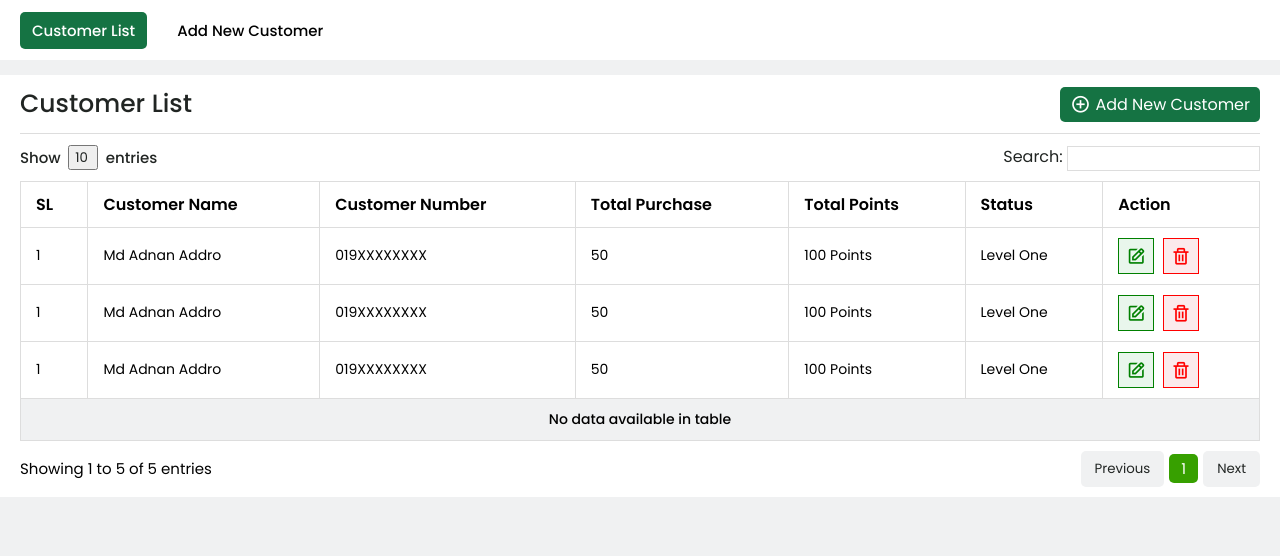
Repository: codebyaddro/customer-page
Page: customer.html
An editor plug-in stored every save of this project. The page is shown before and after the next save, followed by the edit.
The browser window is 1280 px wide. The pictures show the whole page.

Above is the page before, as saved 2025-02-20 14:36:54.

### customer.html
<!DOCTYPE html>
<html lang="en">
<head>
    <meta charset="UTF-8">
    <meta name="viewport" content="width=device-width, initial-scale=1.0">
    <!-- CSS -->
    <link rel="stylesheet" href="css/customer.css">
    <!-- Icons -->
    <link href='https://unpkg.com/boxicons@2.1.4/css/boxicons.min.css' rel='stylesheet'>
    <title>Customer - Page</title>
</head>
<body style="background-color: var(--gray-white);">
    <div class="cba-customer-container">
        <div class="cba-cusc-top-menus">
            <ul>
                <li><a href="/index.html" class="cba-cusc-active-menu">Customer List</a></li>
                <li><a href="/inner-pages/html/anc.html" class="cba-cusc-light-up">Add New Customer</a></li>
            </ul>
        </div>
        <div class="cba-cusc-list-container">
            <div class="cba-cusc-heading-add-new-btn">
                <div class="cba-cusc-heading">
                    <h2>Customer List</h2>
                </div>
                <div class="cba-cusc-add-new-btn">
                    <i class='cba-cusc-add-icon bx bx-plus-circle'></i>
                    <a href="/inner-pages/html/anc.html">Add New Customer</a>
                </div>
            </div>
            <div class="cba-cusc-list-short-dpdwn-search-box">
                <div class="cba-cusc-list-short-dpdwn">
                    <h3>Show</h3>
                    <select name="10" id="">
                        <option value="">10</option>
                        <option value="">20</option>
                        <option value="">30</option>
                        <option value="">All</option>
                    </select>
                    <h3>entries</h3>
                </div>
                <div class="cba-cusc-search-box">
                    <legend>Search: <input type="text"></legend>
                </div>
            </div>
            <div class="cba-cusc-table-list">
                <table>
                    <thead>
                        <tr>
                            <th title="SL">SL</th>
                            <th title="Code">Customer Name</th>
                            <th title="Category Name">Customer Number</th>
                            <th title="Status">Total Purchase</th>
                            <th title="Status">Total Points</th>
                            <th title="Status">Status</th>
                            <th title="Action">Action</th>
                        </tr>
                    </thead>
                    <tbody>
                        <tr>
                            <td>1</td>
                            <td>Md Adnan Addro</td>
                            <td>019XXXXXXXX</td>
                            <td>50</td>
                            <td><span>100</span> Points</td>
                            <td><span class="cba-cusc-ls1">Level One</span></td>
                            <td>
                                <a title="Edit" href="#"><i class='cba-cusc-edit-icon bx bx-edit'></i></a>
                                <a title="Delete" href="#"><i class='cba-cusc-delete-icon bx bx-trash'></i></a>
                            </td>
                        </tr>
                        <tr>
                            <td>1</td>
                            <td>Md Adnan Addro</td>
                            <td>019XXXXXXXX</td>
                            <td>50</td>
                            <td><span>100</span> Points</td>
                            <td><span class="cba-cusc-ls1">Level One</span></td>
                            <td>
                                <a title="Edit" href="#"><i class='cba-cusc-edit-icon bx bx-edit'></i></a>
                                <a title="Delete" href="#"><i class='cba-cusc-delete-icon bx bx-trash'></i></a>
                            </td>
                        </tr>
                        <tr>
                            <td>1</td>
                            <td>Md Adnan Addro</td>
                            <td>019XXXXXXXX</td>
                            <td>50</td>
                            <td><span>100</span> Points</td>
                            <td><span class="cba-cusc-ls1">Level One</span></td>
                            <td>
                                <a title="Edit" href="#"><i class='cba-cusc-edit-icon bx bx-edit'></i></a>
                                <a title="Delete" href="#"><i class='cba-cusc-delete-icon bx bx-trash'></i></a>
                            </td>
                        </tr>
                        <tr class="cba-cusc-no-data-available">
                            <th colspan="7">No data available in table</th>
                        </tr>
                    </tbody>
                </table>
            </div>
            <div class="cba-cusc-entries-details-list-page-btn">
                <div class="cba-cusc-entries-details">
                    Showing <span>1</span> to <span>5</span> of <span>5</span> entries
                </div>
                <div class="cba-cusc-list-page-btn">
                    <button>Previous</button>
                    <h4><span>1</span></h4>
                    <button>Next</button>
                </div>
            </div>
        </div>
    </div>
</body>
</html>

### css/customer.css
/* -- fonts -- */
@import url('https://fonts.googleapis.com/css2?family=Poppins:ital,wght@0,100;0,200;0,300;0,400;0,500;0,600;0,700;0,800;0,900;1,100;1,200;1,300;1,400;1,500;1,600;1,700;1,800;1,900&family=Raleway:ital,wght@0,100..900;1,100..900&family=Roboto:ital,wght@0,100;0,300;0,400;0,500;0,700;0,900;1,100;1,300;1,400;1,500;1,700;1,900&family=VT323&display=swap');

/* -- root -- */

:root {
    --gray-white: #F0F1F2; /* For body*/
    --white: #FFFFFF;
    --black: #000000;
    --gray-black: #DDDDDD;
    --lt-black: #212523;
    --lt-black-op: #21252350;
    --main-green: #157343;
    --main-lt: #37A000;
    --lt-orange: #FD7E14;
    --green: #008000;
    --lt-green: #e9f6ec;
    --red: #FF0000;
    --lt-red: #fbeaec;
    --blue: #0000FF;
    --lt-blue: #e6e6ff;
}

/* --universal style -- */

* {
    margin: 0;
    padding: 0;
    box-sizing: border-box;
    font-family: "Poppins", serif;
}

/* -- website app text selection cursor style */

::selection {
    color: var(--white);
    background-color: var(--main-lt);
}

/* -- customer container style -- */

.cba-customer-container {
    width: 100%;
    /* margin-top: 25px; */
}

/* -- top menus style--  */

.cba-cusc-top-menus {
    background-color: var(--white);
    display: flex;
    justify-content: left;
    align-items: center;
    height: 60px;
    padding: 10px 40px;
    margin-bottom: 15px;
}

.cba-cusc-top-menus ul {
    list-style-type: none;
    display: flex;
    gap: 30px;
    margin-left: -20px;
}

.cba-cusc-top-menus ul li a {
    text-decoration: none;
    color: var(--black);
    font-size: 15px;
    font-weight: 500;
}

/* -- active menu style -- */

.cba-cusc-active-menu {
    color: var(--white)!important;
    background-color: var(--main-green);
    padding: 8px 12px;
    border-radius: 5px;
}

/* -- menu hover style -- */

.cba-cusc-light-up:hover {
    color: var(--lt-orange);
}

/* -- list container style -- */

.cba-cusc-list-container {
    background-color: var(--white);
    padding: 0px 20px;
}

/* -- heading-add-new-btn style -- */

.cba-cusc-heading-add-new-btn {
    display: flex;
    justify-content: space-between;
    align-items: center;
    border-bottom: 1px solid var(--gray-black);
    padding: 10px 0px;
}

.cba-cusc-heading h2 {
    color: var(--lt-black);
    font-size: 25px;
    font-weight: 500;
}

/* -- add-new-btn style -- */

.cba-cusc-add-new-btn {
    display: flex;
    gap: 5px;
    justify-content: baseline;
    align-items: center;
}

.cba-cusc-add-new-btn {
    background-color: var(--main-green);
    padding: 5px 10px;
    border-radius: 5px;
}

.cba-cusc-add-new-btn a {
    color: var(--white);
    text-decoration: none;
}

.cba-cusc-add-icon {
    color: var(--white);
    font-size: 20px;
}

/* -- list-short-dpdwn-search-box style -- */

.cba-cusc-list-short-dpdwn-search-box {
    display: flex;
    justify-content: space-between;
    align-items: center;
    padding: 10px 0px;
}

/* -- list-short-dpdwn style -- */

.cba-cusc-list-short-dpdwn {
    display: flex;
    gap: 7.5px;
    align-items: center;
}

.cba-cusc-list-short-dpdwn h3 {
    color: var(--lt-black);
    font-size: 15px;
    font-weight: 500;
}

.cba-cusc-list-short-dpdwn select {
    color: var(--lt-black);
    appearance: none;
    height: 25px;
    width: 30px;
    padding-left: 6px;
    outline: none;
    border-radius: 2.5px;
}

/* -- search-box style -- */

.cba-cusc-search-box {
    display: flex;
    align-items: center;
}

.cba-cusc-search-box legend {
    color: var(--lt-black);
}

.cba-cusc-search-box input {
    outline: none;
    height: 25px;
    width: 193px;
    border: 1px solid var(--gray-black);
}

/* -- table-list style --*/

table {
    border-collapse: collapse;
    width: 100%;
}

@media (max-width: 768px) {
    table {
        width: 100%;
        padding: 0rem;
        display: block;
        overflow-x: scroll;
        overflow-y: hidden;
        scrollbar-width: thin;
        scrollbar-color: var(--black);
    }
}

/* -- thead style -- */

thead {
    cursor: pointer;
}

th, td {
    border: 1px solid var(--gray-black);
    padding: 10px 15px;
}

thead tr th {
    font-size: 1rem;
    font-weight: 600;
    text-align: left;
}

tbody tr td {
    font-size: 0.875rem;
}

tbody tr:hover {
    background-color: var(--gray-white);
}

/* -- tbody style -- */

/* status style */

.cba-cusc-active {
    color: var(--green);
    background-color: var(--lt-green);
    font-size: 12px;
    font-weight: 500;
    padding: 2.5px 7.5px;
    border-radius: 5px;
}

.cba-cusc-inactive {
    color: var(--red);
    background-color: var(--lt-red);
    font-size: 12px;
    font-weight: 500;
    padding: 2.5px 7.5px;
    border-radius: 5px;
}

/* -- action style -- */

.cba-cusc-edit-icon {
    color: var(--green);
    background-color: var(--lt-green);
    padding: 7px 7px;
    margin-right: 2.5px;
    border: 1px solid var(--green);
    font-size: 20px;
}

.cba-cusc-edit-icon:hover {
    background-color: var(--lt-black-op);
}

.cba-cusc-delete-icon {
    color: var(--red);
    background-color: var(--lt-red);
    padding: 7px 7px;
    margin-left: 2.5px;
    border: 1px solid var(--red);
    font-size: 20px;
}

.cba-cusc-delete-icon:hover {
    background-color: var(--lt-black-op);
}

/* -- no data style */

.cba-cusc-no-data-available th {
    font-size: 14px;
    font-weight:500;
    color: var(--black);
    background-color: var(--gray-white);
}

/* -- entries-details-list-page-btn style -- */

.cba-cusc-entries-details-list-page-btn {
    display: flex;
    justify-content: space-between;
    align-items: center;
    padding: 10px 0px;
}

.cba-cusc-entries-details {
    color: var(--black);
    font-size: 15px;
}

.cba-cusc-list-page-btn {
    display: flex;
    gap: 5px;
    align-items: center;
}

.cba-cusc-list-page-btn button {
    color: var(--lt-black);
    background-color: var(--gray-white);
    padding: 8px 14px;
    border: none;
    border-radius: 5px;
    cursor: pointer;
}

.cba-cusc-list-page-btn > h4 {
    color: var(--white);
    background-color: var(--main-lt);
    font-size: 15px;
    font-weight: 400;
    padding: 3px 12px;
    border-radius: 5px;
}

After the next save:
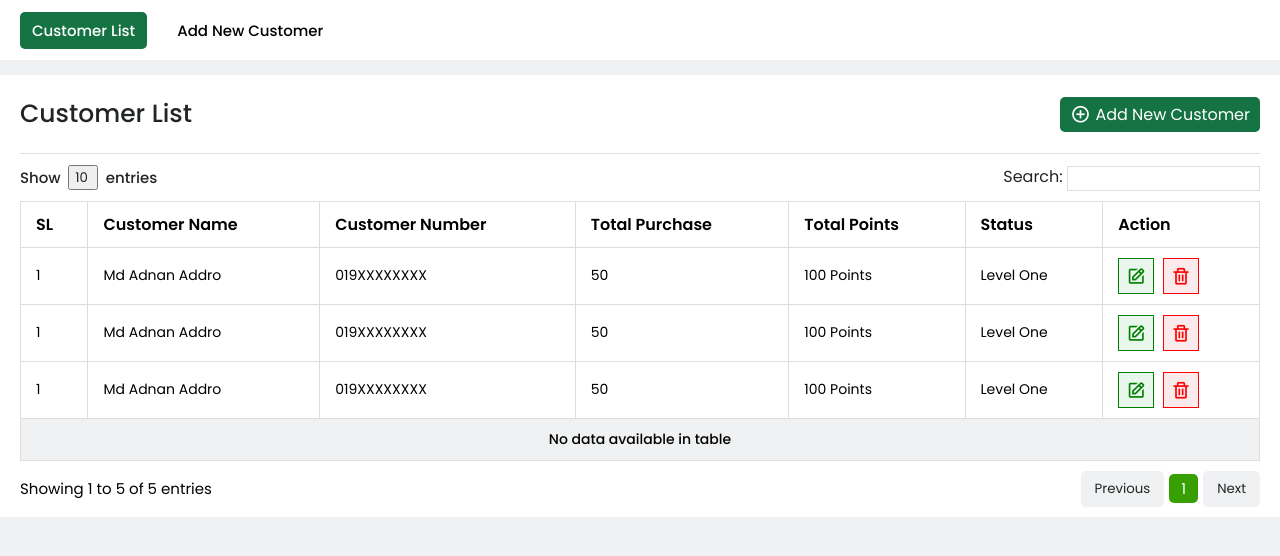
Saved 17 s later.
--- a/css/customer.css
+++ b/css/customer.css
@@ -99,7 +99,7 @@
     justify-content: space-between;
     align-items: center;
     border-bottom: 1px solid var(--gray-black);
-    padding: 10px 0px;
+    padding: 20px 0px;
 }
 
 .cba-cusc-heading h2 {
